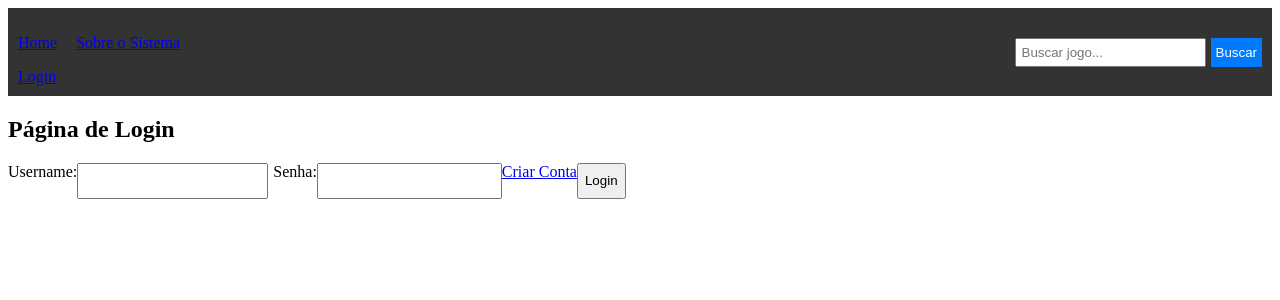
Repository: lucasparila/JogosEletronicos
Page: http://localhost/JogosEletronicos/view/login.jsp
The author's editor kept a copy of each file at every save. The page is drawn from the files as they stood at one save, then again after the next save.
The browser window is 1280 px wide. The pictures show the whole page.
The page is served by Tomcat 9. Other server files are loaded and not shown.

Above is the page before, as saved 2025-05-17 18:11:51.

### JogosEletronicos/src/main/webapp/view/login.jsp
<%@ page contentType="text/html; charset=UTF-8" pageEncoding="UTF-8" %>
<!DOCTYPE html>
<html>
<head>
    <title>Cadastrar Jogo</title>
    <link rel="stylesheet" href="<%= request.getContextPath() %>/css/header.css">
</head>
<body>

<%
    String contextPath = ((HttpServletRequest) request).getContextPath();
%>

    <jsp:include page="header.jsp" />
    <h2 class="titulo-login">Página de Login</h2>

    <form class="form-login" action="<%= request.getContextPath() %>/login" method="post">
        <label>Username:</label>
        <input type="text" name="username" required><br><br> <!-- Correção aqui -->

        <label>Senha:</label>
        <input type="password" name="senha" required><br><br> <!-- Correção aqui -->

        <a href="<%= contextPath %>/view/criar-conta.jsp">Criar Conta</a>
        <input type="submit" value="Login">
    </form>

    <% String mensagem = (String) session.getAttribute("mensagem"); %>
<% if (mensagem != null) { %>
    <p style="color: red;"><%= mensagem %></p>
    <% session.removeAttribute("mensagem"); %> <!-- Remove após exibir -->
<% } %>
</body>
</html>

### JogosEletronicos/src/main/webapp/view/header.jsp
<%@ page contentType="text/html; charset=UTF-8" pageEncoding="UTF-8" session="true" %>
<!DOCTYPE html>
<html>
<head>
    <title>Header</title>
    <link rel="stylesheet" href="<%= request.getContextPath() %>/css/header.css">
</head>
<body>

<%
    String username = (String) session.getAttribute("username");
    String contextPath = request.getContextPath();
%>

<header>
    <nav class="navbar">
        <ul class="menu">
            <li><a href="<%= contextPath %>/index.jsp">Home</a></li>
            <li><a href="<%= contextPath %>/view/sobre-sistema.jsp">Sobre o Sistema</a></li>
        </ul>

        <div class="user-section">
            <% if (username != null) { %>
                <span class="saudacao">Bem-vindo, <%= username %>!</span>
                <a href="<%= contextPath %>/logout" class="logout">Sair</a>
            <% } else { %>
                <a href="<%= contextPath %>/view/login.jsp">Login</a>
            <% } %>
        </div>
    </nav>

    <!-- Campo de busca -->
    <form action="<%= contextPath %>/buscar-jogo" method="post" class="search-form">
        <input type="text" name="titulo" placeholder="Buscar jogo..." required>
        <button type="submit">Buscar</button>
    </form>
</header>

</body>
</html>

### JogosEletronicos/src/main/webapp/css/header.css
header {
    background-color: #333;
    padding: 10px;
    display: flex;
    justify-content: space-between;
    align-items: center;
}
.saudacao{
	color: white;
    text-decoration: none;
    margin-left: 800px
}

.logout{
	color: white;
    text-decoration: none;
    margin-left: 900px
}
nav ul {
    list-style: none;
    padding: 0;
}
nav ul li {
    display: inline;
    margin-right: 15px;
}
nav ul li a p {
    color: white;
    text-decoration: none;
}
form {
    display: flex;
}
input[type="text"] {
    padding: 5px;
    margin-right: 5px;
}
button {
    padding: 5px;
    background-color: #007bff;
    color: white;
    border: none;
    cursor: pointer;
}

After the next save:
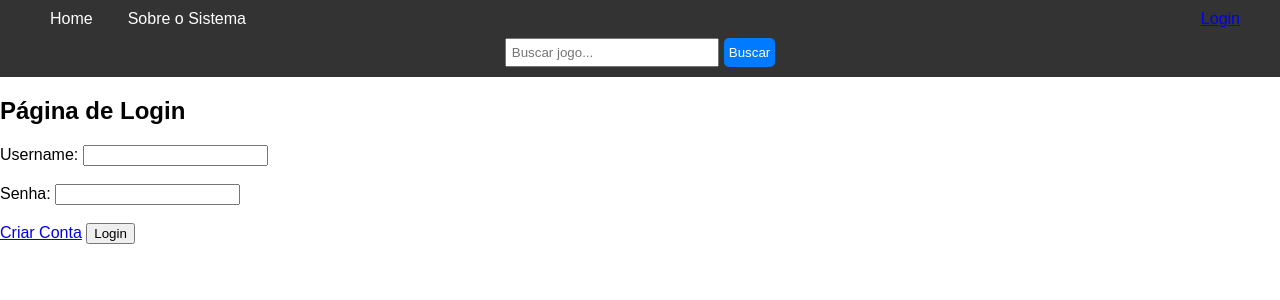
Saved 14 s later.
--- a/JogosEletronicos/src/main/webapp/css/header.css
+++ b/JogosEletronicos/src/main/webapp/css/header.css
@@ -1,44 +1,92 @@
+body, html {
+    margin: 0;
+    padding: 0;
+    font-family: Arial, sans-serif;
+}
+
 header {
     background-color: #333;
     padding: 10px;
     display: flex;
-    justify-content: space-between;
+    flex-direction: column;
     align-items: center;
 }
-.saudacao{
-	color: white;
-    text-decoration: none;
-    margin-left: 800px
+
+.navbar {
+    display: flex;
+    justify-content: space-between;
+    width: 100%;
+    max-width: 1200px;
+    align-items: center;
 }
 
-.logout{
-	color: white;
-    text-decoration: none;
-    margin-left: 900px
-}
-nav ul {
+.menu {
     list-style: none;
     padding: 0;
+    margin: 0;
+    display: flex;
 }
-nav ul li {
-    display: inline;
+
+.menu li {
     margin-right: 15px;
 }
-nav ul li a p {
-    color: white;
+
+.menu li a {
+    color: #fff;
     text-decoration: none;
+    padding: 5px 10px;
+    transition: background-color 0.3s;
 }
-form {
+
+.menu li a:hover {
+    background-color: #555;
+}
+
+.user-section {
     display: flex;
+    align-items: center;
+    gap: 15px;
 }
-input[type="text"] {
+
+.saudacao {
+    color: #fff;
+}
+
+.logout {
+    color: #fff;
+    text-decoration: none;
+    padding: 5px 10px;
+    background-color: #007bff;
+    border-radius: 5px;
+    transition: background-color 0.3s;
+}
+
+.logout:hover {
+    background-color: #0056b3;
+}
+
+.search-form {
+    margin-top: 10px;
+    display: flex;
+    justify-content: center;
+    width: 100%;
+}
+
+.search-form input[type="text"] {
     padding: 5px;
     margin-right: 5px;
+    width: 200px;
 }
-button {
+
+.search-form button {
     padding: 5px;
     background-color: #007bff;
-    color: white;
+    color: #fff;
     border: none;
     cursor: pointer;
+    border-radius: 5px;
 }
+
+.search-form button:hover {
+    background-color: #0056b3;
+}
